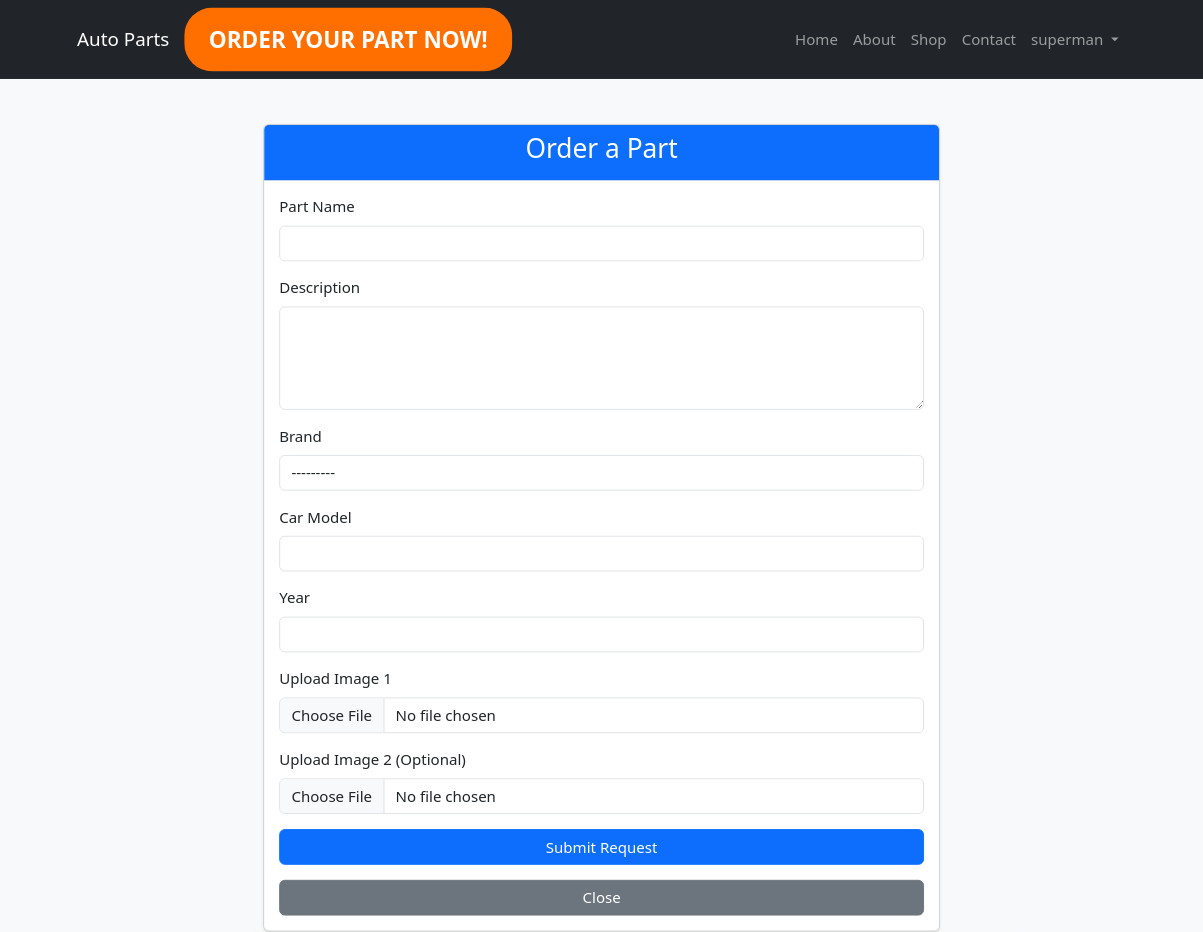
Repository: Jijiluzana225/onlineparts
Page: http://localhost/order/
These files come from the project's save history. The page is drawn as it stood at one moment and after the next save; the edit follows.
The browser window is 1280 px wide. The pictures show the whole page, at 94% of full size.
The page is served by the project's application, run on Django 5.2 (manage.py). The first stored user is signed in. Other server files are loaded and not shown. The page reads the database file committed with the project.

Above is the page before, as saved 2025-02-19 13:47:39.

### orders/templates/orders/order_part.html
{% extends 'orders/landing.html' %}


{% block content %}
<div class="container mt-5">
    <div class="row justify-content-center">
        <div class="col-md-8">
            <div class="card shadow-sm">
                <div class="card-header bg-primary text-white">
                    <h3 class="text-center">Order a Part</h3>
                </div>
                <div class="card-body">
                    <form method="post" enctype="multipart/form-data">
                        {% csrf_token %}

                        <div class="mb-3">
                            <label class="form-label">Part Name</label>
                            {{ form.part_name }}
                        </div>

                        <div class="mb-3">
                            <label class="form-label">Description</label>
                            {{ form.description }}
                        </div>

                        <div class="mb-3">
                            <label class="form-label">Brand</label>
                            {{ form.brand }}
                        </div>

                        <div class="mb-3">
                            <label class="form-label">Car Model</label>
                            {{ form.car_model }}
                        </div>

                        <div class="mb-3">
                            <label class="form-label">Year</label>
                            {{ form.year }}
                        </div>

                        <div class="mb-3">
                            <label class="form-label">Upload Image 1</label>
                            {{ form.image1 }}
                        </div>

                        <div class="mb-3">
                            <label class="form-label">Upload Image 2 (Optional)</label>
                            {{ form.image2 }}
                        </div>

                        <button type="submit" class="btn btn-primary w-100">Submit Request</button>

                        <button type="button" class="btn btn-secondary w-100 mt-3" onclick="location.href='{% url 'home' %}'">
                            Close
                        </button>


                    </form>
                </div>
            </div>
        </div>
    </div>
</div>
{% endblock %}

### orders/templates/orders/landing.html
<!DOCTYPE html>
<html lang="en">
<head>
    <meta charset="UTF-8">
    <meta name="viewport" content="width=device-width, initial-scale=1">
    <title>{% block title %}Landing Page{% endblock %}</title>
    <link href="https://cdn.jsdelivr.net/npm/bootstrap@5.3.0/dist/css/bootstrap.min.css" rel="stylesheet">
    <style>
        body {
            background-color: #f8f9fa;
        }
        .hero {
            height: 80vh;
            display: flex;
            align-items: center;
            justify-content: center;
            text-align: center;
            background: url('https://source.unsplash.com/1600x900/?car,parts') no-repeat center center/cover;
            color: white;
            position: relative;
        }
        .hero-overlay {
            background: black;
            padding: 50px;
            border-radius: 10px;
        }
        .btn-custom {
            background-color: #ff6f00;
            color: white;
            border-radius: 30px;
            padding: 15px 25px;
            font-size: 1.5rem;
            font-weight: bold;
            text-transform: uppercase;
            transition: background 0.3s ease;
        }
        .btn-custom:hover {
            background-color: #e65c00;
        }
    </style>
    {% block extra_css %}{% endblock %}
</head>
<body>

<!-- Navbar -->
<nav class="navbar navbar-expand-lg navbar-dark bg-dark">
    <div class="container">
        <a class="navbar-brand" href="{% url 'home' %}">Auto Parts</a>
        <a href="{% url 'order_part' %}" class="btn btn-custom">Order Your Part Now!</a>
        <button class="navbar-toggler" type="button" data-bs-toggle="collapse" data-bs-target="#navbarNav">
            <span class="navbar-toggler-icon"></span>
        </button>
        <div class="collapse navbar-collapse" id="navbarNav">
            <ul class="navbar-nav ms-auto">
                <li class="nav-item"><a class="nav-link" href="{% url 'home' %}">Home</a></li>
                <li class="nav-item"><a class="nav-link" href="#">About</a></li>
                <li class="nav-item"><a class="nav-link" href="#">Shop</a></li>
                <li class="nav-item"><a class="nav-link" href="#">Contact</a></li>

                {% if user.is_authenticated %}
                    <li class="nav-item dropdown">
                        <a class="nav-link dropdown-toggle" href="#" id="userDropdown" role="button" data-bs-toggle="dropdown">
                            {{ user.username }}
                        </a>
                        <ul class="dropdown-menu">
                            <li><a class="dropdown-item" href="{% url 'profile_update' %}">Profile</a></li>
                            <li>
                                <form method="post" action="{% url 'logout' %}">
                                    {% csrf_token %}
                                    <button type="submit" class="dropdown-item">Logout</button>
                                </form>
                            </li>
                        </ul>
                    </li>
                {% else %}
                    <li class="nav-item"><a class="nav-link btn btn-secondary" href="{% url 'register' %}">Sign Up</a></li>
                {% endif %}
            </ul>
        </div>
    </div>
</nav>

<!-- Hero Section -->
{% comment %} <div class="hero">
    <div class="hero-overlay">
        <h1 class="mb-4">Request Your Auto Parts Here!</h1>
        <a href="{% url 'order_part' %}" class="btn btn-custom">Order Your Part Now!</a>
    </div>
</div> {% endcomment %}

<!-- Main Content -->
<main class="container mt-4">
    {% block content %}
    {% endblock %}
</main>

<!-- Bootstrap JS -->
<script src="https://cdn.jsdelivr.net/npm/bootstrap@5.3.0/dist/js/bootstrap.bundle.min.js"></script>
{% block extra_js %}{% endblock %}
</body>
</html>

### orders/forms.py
from django import forms
from django.contrib.auth.forms import UserCreationForm
from .models import Customer

class CustomerRegistrationForm(UserCreationForm):
    is_store = forms.BooleanField(
        required=False,
        widget=forms.CheckboxInput(attrs={'class': 'form-check-input'}),
        label="Register as a Store"
    )
    phone_number = forms.CharField(
        max_length=15,
        widget=forms.TextInput(attrs={'class': 'form-control', 'placeholder': 'Enter phone number'}),
        label="Phone Number"
    )
    address = forms.CharField(
        widget=forms.Textarea(attrs={'class': 'form-control', 'rows': 3, 'placeholder': 'Enter your Complete address'}),
        required=False,
        label="Complete Address"
    )

    class Meta:
        model = Customer
        fields = ['is_store','username', 'password1', 'password2', 'completename', 'email', 'phone_number', 'address']

        labels = {
            'completename': 'Full Name / Store Name',
            'email': 'Email',
            'address': 'Complete Address',
        }
        widgets = {
            'username': forms.TextInput(attrs={'class': 'form-control', 'placeholder': 'Enter username'}),
            'password1': forms.PasswordInput(attrs={
                'class': 'form-control',
                'placeholder': 'Enter password',
                'autocomplete': 'new-password',
                'minlength': '8'
            }),
            'password2': forms.PasswordInput(attrs={
                'class': 'form-control',
                'placeholder': 'Confirm password',
                'autocomplete': 'new-password',
                'minlength': '8'
            }),
            'completename': forms.TextInput(attrs={'class': 'form-control', 'placeholder': 'Enter full name'}),
            'email': forms.EmailInput(attrs={'class': 'form-control', 'placeholder': 'Enter email'}),
        }


from django import forms
from .models import Customer

class CustomerUpdateForm(forms.ModelForm):
    is_store = forms.BooleanField(
        required=False,
        widget=forms.CheckboxInput(attrs={'class': 'form-check-input'}),
        label="Register as a Store"
    )
    class Meta:
        model = Customer
        fields = ["is_store", "completename", "phone_number", "address"]
        labels = {
            'completename': 'Full Name / Store Name',
            'email': 'Email',
            'address': 'Complete Address',
        }
        widgets = {
            "completename": forms.TextInput(attrs={"class": "form-control"}),
            "phone_number": forms.TextInput(attrs={"class": "form-control"}),
            "address": forms.Textarea(attrs={"class": "form-control", "rows": 3}),
        }




from django import forms
from .models import PartRequest

class PartRequestForm(forms.ModelForm):
    class Meta:
        model = PartRequest
        fields = ["brand_new","used","part_name", "description", "image1", "image2", "brand", "year", "car_model"]
        widgets = {
            "description": forms.Textarea(attrs={"class": "form-control", "rows": 4}),
            "brand": forms.Select(attrs={"class": "form-control"}),
            "year": forms.NumberInput(attrs={"class": "form-control", "min": 1900, "max": 2100}),
            "car_model": forms.TextInput(attrs={"class": "form-control"}),
            "part_name": forms.TextInput(attrs={"class": "form-control"}),
        }

    image1 = forms.ImageField(required=True, widget=forms.FileInput(attrs={"class": "form-control"}))
    image2 = forms.ImageField(required=False, widget=forms.FileInput(attrs={"class": "form-control"}))

### orders/models.py
from django.contrib.auth.models import AbstractUser
from django.db import models
from django.contrib.auth.models import User
from django.conf import settings


class Customer(AbstractUser):
    completename = models.CharField(max_length=250 )
    phone_number = models.CharField(max_length=50 )
    address = models.TextField(blank=True, null=True)
    is_store = models.BooleanField(default=False)





    groups = models.ManyToManyField(
        "auth.Group",
        related_name="customer_users",  # Custom related name to avoid conflicts
        blank=True
    )
    user_permissions = models.ManyToManyField(
        "auth.Permission",
        related_name="customer_users_permissions",  # Custom related name
        blank=True
    )

    def __str__(self):
        return self.username

BRAND_CHOICES = [
    ("Toyota", "Toyota"),
    ("Mitsubishi", "Mitsubishi"),
    ("Honda", "Honda"),
    ("Nissan", "Nissan"),
    ("Ford", "Ford"),
    ("Isuzu", "Isuzu"),
    ("Hyundai", "Hyundai"),
    ("Kia", "Kia"),
    ("Chevrolet", "Chevrolet"),
    ("Suzuki", "Suzuki"),
    ("Daihatsu", "Daihatsu"),
    ("Mazda", "Mazda"),
    ("Subaru", "Subaru"),
    ("Fuso", "Fuso"),
    ("Hino", "Hino"),
    ("Tata", "Tata"),
    ("MAN", "MAN"),
    ("Scania", "Scania"),
    ("Volkswagen", "Volkswagen"),
    ("Chery", "Chery"),
    ("Foton", "Foton"),
    ("JAC", "JAC"),
    ("Dongfeng", "Dongfeng"),
    ("Changan", "Changan"),
    ("Geely", "Geely"),
    ("MG", "MG"),
    ("BYD", "BYD"),
    ("BAIC", "BAIC"),
    ("GAC", "GAC"),
    ("Maxus", "Maxus"),
]


# Part Request Model
class PartRequest(models.Model):
    brand_new = models.BooleanField(default=False)
    used = models.BooleanField(default=True)


    user = models.ForeignKey(settings.AUTH_USER_MODEL, on_delete=models.CASCADE)
    part_name = models.CharField(max_length=255)
    description = models.TextField()
    image1 = models.ImageField(upload_to="part_images/")
    image2 = models.ImageField(upload_to="part_images/")
    brand = models.CharField(max_length=255, choices=BRAND_CHOICES)
    year = models.PositiveIntegerField()
    car_model = models.CharField(max_length=255)
    created_at = models.DateTimeField(auto_now_add=True)

    def __str__(self):
        return f"{self.part_name} ({self.brand} - {self.car_model})"

### orders/views.py
from django.shortcuts import render, redirect
from .forms import CustomerRegistrationForm
from django.shortcuts import render, redirect
from django.contrib.auth import login, authenticate
from django.contrib.auth.forms import UserCreationForm

def register_view(request):
    if request.method == "POST":
        form = UserCreationForm(request.POST)
        if form.is_valid():
            user = form.save()  # Create the user
            username = form.cleaned_data.get("username")
            password = form.cleaned_data.get("password1")
            user = authenticate(username=username, password=password)  # Authenticate
            if user is not None:
                login(request, user)  # Auto-login user
                return redirect("landing")  # Redirect to landing page
    else:
        form = UserCreationForm()

    return render(request, "orders/register.html", {"form": form})


def landing_page(request):
    return render(request, 'orders/landing.html')



from django.shortcuts import render, redirect
from django.contrib.auth.decorators import login_required
from .forms import CustomerUpdateForm

@login_required
def profile_update_view(request):
    user = request.user
    if request.method == "POST":
        form = CustomerUpdateForm(request.POST, instance=user)
        if form.is_valid():
            form.save()
            return redirect("home")  # Stay on profile page after saving
    else:
        form = CustomerUpdateForm(instance=user)

    return render(request, "orders/profile_update.html", {"form": form})



from django.shortcuts import render, redirect
from django.contrib.auth.decorators import login_required
from .forms import PartRequestForm

@login_required
def order_part_view(request):
    if request.method == "POST":
        form = PartRequestForm(request.POST, request.FILES)
        if form.is_valid():
            part_request = form.save(commit=False)
            part_request.user = request.user
            part_request.save()
            return redirect("order_success")  # Redirect to a success page
    else:
        form = PartRequestForm()

    return render(request, "orders/order_part.html", {"form": form})


def order_success(request):
    return render(request, "orders/order_success.html")

### Onlinespareparts/urls.py
from django.contrib import admin
from django.urls import path, include
from django.conf import settings
from django.conf.urls.static import static

urlpatterns = [
    path('admin/', admin.site.urls),
    path('', include('orders.urls')),
]

urlpatterns += static(settings.MEDIA_URL, document_root=settings.MEDIA_ROOT)

### orders/urls.py
from django.urls import path
from .views import *
from django.contrib.auth import views as auth_views


urlpatterns = [
    path('register/', register_view, name='register'),
    path('login/', auth_views.LoginView.as_view(template_name='orders/login.html'), name='login'),
    path('logout/', auth_views.LogoutView.as_view(next_page='login'), name='logout'),
    path('', landing_page, name='home'),  # This makes the landing page accessible at "/"
    path('profile/update/', profile_update_view, name='profile_update'),
    path("order/", order_part_view, name="order_part"),
    path("order-success/", order_success, name="order_success"),
]

### db.sqlite3 (the tables this page reads, as SQL)
CREATE TABLE "orders_customer" ("id" integer NOT NULL PRIMARY KEY AUTOINCREMENT, "password" varchar(128) NOT NULL, "last_login" datetime NULL, "is_superuser" bool NOT NULL, "username" varchar(150) NOT NULL UNIQUE, "first_name" varchar(150) NOT NULL, "last_name" varchar(150) NOT NULL, "email" varchar(254) NOT NULL, "is_staff" bool NOT NULL, "is_active" bool NOT NULL, "date_joined" datetime NOT NULL, "address" text NULL, "completename" varchar(250) NOT NULL, "is_store" bool NOT NULL, "phone_number" varchar(50) NOT NULL);
INSERT INTO "orders_customer" VALUES
(1, 'pbkdf2_sha256$870000$VHQkwlPfUP1SNa0vBYsA7k$xsI35DDTdhc7H3JwGuztpMY/AAeYScYKnnqDLhE/+0g=', '2025-02-19 02:28:15.167806', 0, 'superman', '', '', '', 0, 1, '2025-02-19 02:28:10.405698', 'indahag, cagayan de oro city
phase1, sitio bato', 'Virgilio Luzana', 0, '09177043781'),
(2, 'pbkdf2_sha256$870000$GhjSe6JSIdMJIwcGOd7stu$XxR9+I6HrKTBmuHSeI9PfhQ2XuxXIJ+ORDY020h+u8U=', '2025-02-19 08:37:37.557177', 1, 'jiji', '', '', 'avs@yaho.com', 1, 1, '2025-02-19 02:37:26.988108', NULL, '', 0, ''),
(3, 'pbkdf2_sha256$870000$lyKv2UQ69dKomsfcFp8UGi$PZ5e/sLGaO3Y0FBcV3+q1HIlxv7XmPYnS6bMstYYly8=', '2025-02-19 10:18:33.936735', 0, 'x', '', '', '', 0, 1, '2025-02-19 04:28:33.327759', 'indahag, cagayan de oro city
phase1, sitio bato', 'Virgilio Luzana', 1, '09177043782'),
(4, 'pbkdf2_sha256$870000$1Ue3r2T8hpDVj8mkZsli0o$5FlyLAhfa8jIHZZtGiX/8F64IjlzjU4ghlo7uPokTI0=', '2025-02-19 10:20:35.401779', 1, 'j3', '', '', '', 1, 1, '2025-02-19 04:36:55', 'indahag, cagayan de oro city
phase1, sitio bato', 'Cagayan de Oro Automotives', 1, '09177043781');

After the next save:
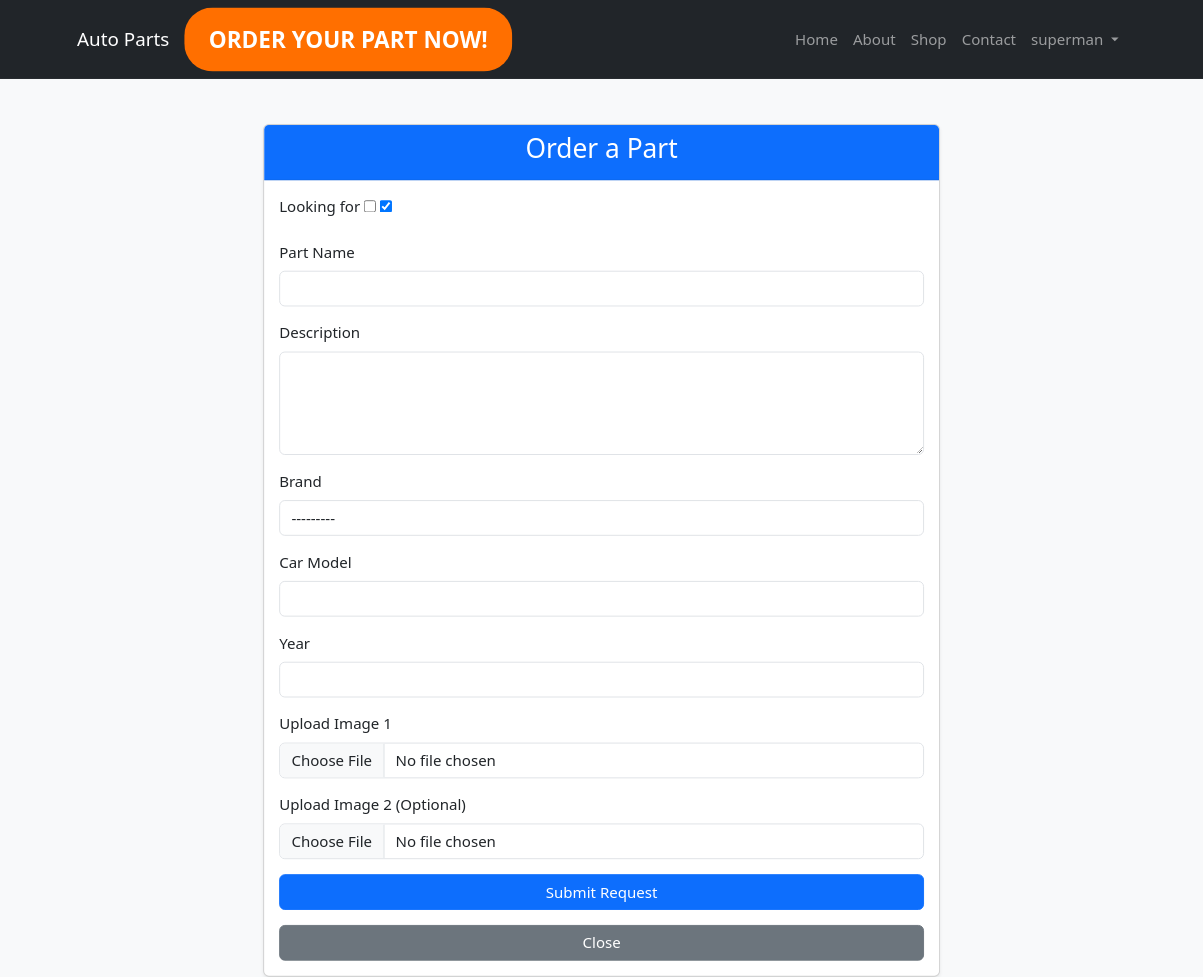
Saved 53 s later.
--- a/orders/templates/orders/order_part.html
+++ b/orders/templates/orders/order_part.html
@@ -14,9 +14,15 @@
                         {% csrf_token %}
 
                         <div class="mb-3">
+                            <label class="form-label">Looking for</label>
+                            {{ form.brand_new }}
+                            {{ form.used }}
+                        </div>
+                        <div class="mb-3">
                             <label class="form-label">Part Name</label>
                             {{ form.part_name }}
                         </div>
+
 
                         <div class="mb-3">
                             <label class="form-label">Description</label>
